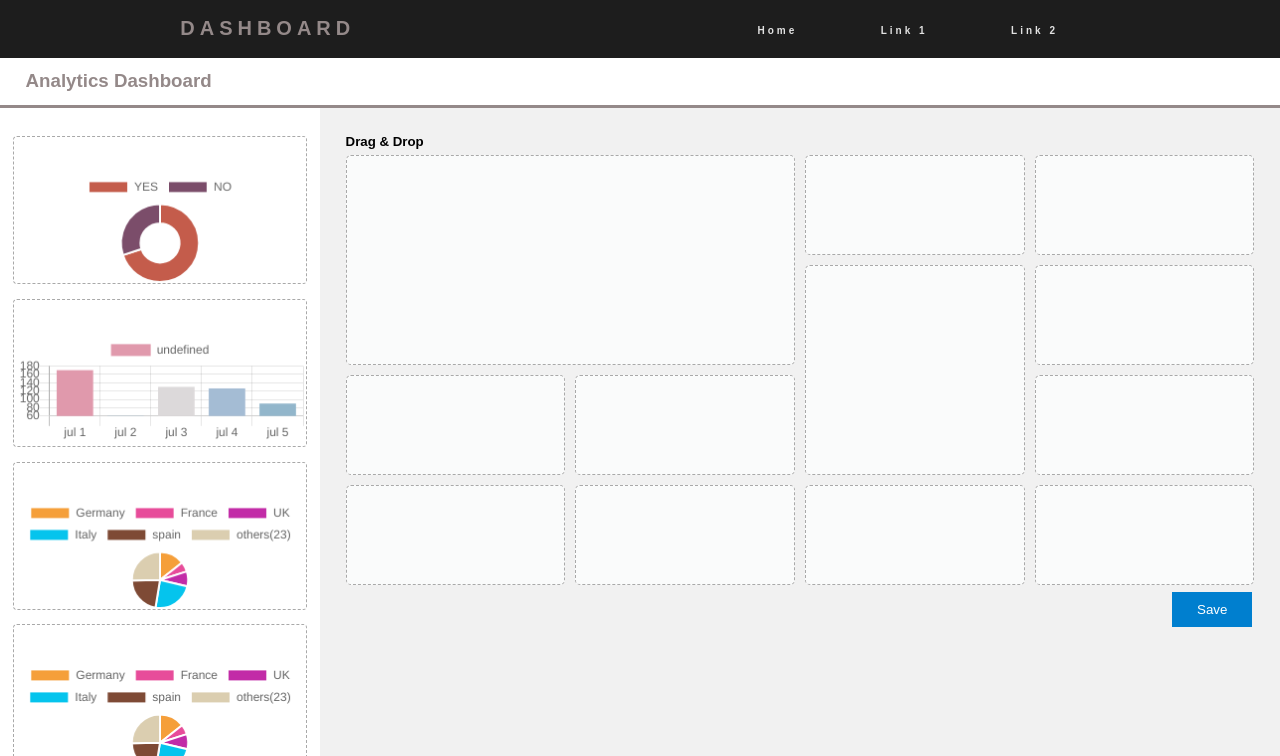
Repository: nourabdelhakam/drag-drop
Page: index.html
These files come from the project's save history. The page is drawn as it stood at one moment and after the next save; the edit follows.
The browser window is 1280 px wide. The pictures show the whole page.
Some web libraries are served in a nearby version.

Above is the page before, as saved 2020-07-05 21:13:43.

### index.html
<!DOCTYPE html>
<html lang="en">
<head>
    <meta charset="UTF-8">
    <meta name="viewport" content="width=device-width, initial-scale=1.0">
    <meta http-equiv="X-UA-Compatible" content="ie=edge">
    <title>Drag & Drop</title>

    <script src="https://cdn.jsdelivr.net/npm/chart.js@2.8.0"></script>

    <link rel="stylesheet" href="nav/nav.css">
    <link rel="stylesheet" href="css/main.css">
</head>
<body>

    <!-- <nav> -->
        <nav>
            <div class="logo">
                <h4>Dashboard</h4>
            </div>
            <ul class="nav-links">
                <li><a href="">Home</a></li>
                <li><a href="">Link 1</a></li>
                <li><a href="">Link 2</a></li>
            </ul>
            <div class="burger">
                <div class="line1"></div>
                <div class="line2"></div>
                <div class="line3"></div>
            </div>
        </nav>
      <!-- </nav> end of nav -->

      <section>
          <h3>Analytics Dashboard</h3>
          <div class="container">
            <div class="left">
                <div class="list" id="chartList">

                </div>
              </div>
              <div class="right">
                  <h5>Drag & Drop</h5>
                  <div class="wrapper" id="wrapper">
                    <div class="list" id="spot-1"></div>
                    <div class="list" id="spot-2"></div>
                    <div class="list" id="spot-3"></div>
                    <div class="list" id="spot-4"></div>
                    <div class="list" id="spot-5"></div>
                    <div class="list" id="spot-6"></div>
                    <div class="list" id="spot-7"></div>
                    <div class="list" id="spot-8"></div>
                    <div class="list" id="spot-9"></div>
                    <div class="list" id="spot-10"></div>
                    <div class="list" id="spot-11"></div>
                    <div class="list" id="spot-12"></div>
                  </div>
                  <button class="btn" id="saveBtn">Save</button>
                  <button class="btn"  id="tempBtn"  style="display: none;">Template</button>
              </div>
              <div id="preview" class="wrapper">

              </div>
          </div>
      </section>

      <script  src="chartData.js"></script>
      <script src="chart.js" type="text/javascript"></script>

    <script src="main.js" type="text/javascript"></script>
    <script src="nav/nav.js" type="text/javascript"></script>
</body>
</html>

### nav/nav.css
nav {
    display: flex;
    justify-content: space-around;
    align-items: center;
    min-height: 8vh;
    background-color: #1D1D1D;
    font-family: "Poppins", sans-serif;
}
.logo {
    color: rgb(226, 226, 226);
    text-transform: uppercase;
    letter-spacing: 5px;
    font-size: 20px;
}
.nav-links {
    display: flex;
    justify-content: space-around;
    width: 30%;
}
.nav-links li {
    list-style: none;
}
.nav-links a {
    color: rgb(226, 226, 226);
    text-decoration: none;
    letter-spacing: 3px;
    font-weight: bold;
    font-size: 10px;
}
.burger {
    display: none;
    cursor: pointer;
}
.burger div {
    width: 25px;
    height: 3px;
    background-color: rgb(226, 226, 226);
    margin: 5px;
    transition: all 0.3s ease;
}


@media screen and (max-width:1024px) {
    .nav-links {
        width: 60%;
    }
}

@media screen and (max-width:768px) {

    body {
        overflow-x: hidden;
    }
    .nav-links {
        position: absolute;
        right: 0px;
        height: 92vh;
        top: 8vh;
        background-color: #1D1D1D;
        display: flex;
        flex-direction: column;
        align-items: center;
        width: 50%;
        transform: translatex(100%);
        transition: transform 0.5s ease-in;
    }
    .nav-links li {
        opacity: 0;
    }
    .burger {
        display: block;
    }
}

.nav-active {
    transform: translatex(0%);
}

@keyframes navLinkFade {
    from {
        opacity: 0;
        transform: translatex(50%);
    }
    to {
        opacity: 1;
        transform: translatex(0%);
    }
}

.toggle .line1 {
    transform: rotate(-45deg) translate(-5px, 6px);
}
.toggle .line2 {
    opacity: 0;
}
.toggle .line3 {
    transform: rotate(45deg) translate(-5px, -6px);
}

.landing {
    height: 90vh;
    display: flex;
    justify-content: center;
    align-items: center;
}
.landing h1 {
    margin: 100px;
    font-size: 50px;
    color: #ae5fce;
}

### css/main.css
* {
    margin: 0;
    padding: 0;
    box-sizing: border-box;
}
body {
    font-family: Arial, Helvetica, sans-serif;
}
h3, h4, a {
    color: rgb(148, 137, 137);
}
h3 {
    padding: 1% 2%;
}
h5 {
    margin-bottom: .5em;
}
.container {
    border-top: 3px solid rgb(148, 137, 137);
}
.left {
    width: 25%;
    height: 90vh;
    float: left;
    padding: 1%;
    overflow:hidden;
    overflow-y:scroll;
}
.right {
    width: 75%;
    height: 90vh;
    float: left;
    padding: 2%;
    background-color: #F1F1F1;
}

.list-item {
    /* background-color: #F3F3F3; */
    border-radius: 4px;
    border: 1px dashed darkgrey;
    /* padding: 5px 5px;  */
    text-align: center;

    height: 100%;
    width: 100%;
    cursor: pointer;
}
canvas {
    height: 100%;
    width: 100%;
    margin: 5% 0;
}

.wrapper > div {
    border: 1px dashed darkgrey;
    border-radius: 5px;
    background-color: #FAFBFB;
    /* resize: both;
    overflow: auto; */
}
.wrapper {
  display: grid;
  grid-template-columns: repeat(4, 1fr);
  grid-auto-rows: 100px;
  grid-gap: 10px;
}
 .wrapper div:nth-child(2) {
   grid-column: 3;
   grid-row: 2 / 4;
}
 .wrapper div:nth-child(5) {
   grid-column: 1 / 3;
   grid-row: 1 / 3;
}
/* .plus-button {
	border: 2px solid lightgrey;
	background-color: #fff;
	font-size: 16px;
	height: 2.5em;
	width: 2.5em;
	border-radius: 999px;
    position: relative;

}

.plus-button:after,
.plus-button:before {
		content: "";
		display: block;
		background-color: grey;
		position: absolute;
		top: 50%;
		left: 50%;
        transform: translate(-50%, -50%);

	}

	.plus-button:before {
		height: 1em;
		width: 0.2em;
	}

	.plus-button:after {
		height: 0.2em;
		width: 1em;
	}


.plus-button--small {
	font-size: 12px;
} */
.btn {
    background-color: #007FCF;
    border: none;
    color: white;
    padding: 10px 25px;
    text-align: center;
    text-decoration: none;
    display: inline-block;
    margin: 7px 2px;
    cursor: pointer;
    float: right;

}

### chartData.js
 chartData={
    chart1 : {
        id: 1,
        data : [70, 30],
        colors : ['#C45C4B', '#7B4D6A'],
        labels : ['YES', 'NO'],
        type : 'doughnut'
    },
    chart2 : {
        id: 2,
        labels : ['jul 1', 'jul 2', 'jul 3', 'jul 4', 'jul 5'],
        data : [170, 60.5, 130, 126.3, 90],
        colors : ['#E099AC', '#A4BCD3', '#DCD9DA', '#A4BCD4', '#92B6CB'],
        type: 'bar'
    },
    chart3 : {
        id: 3,
        labels : ['Germany', 'France', 'UK', 'Italy', 'spain', 'others(23)'],
        data : [50, 20, 30, 83, 77, 88],
        colors : ['#F59F3A', '#E74C9A', '#C22BA7', '#05C4ED', '#7e4a35', '#dbceb0'],
        type: 'pie'
    },
    chart4 : {
        id: 4,
        labels : ['Germany', 'France', 'UK', 'Italy', 'spain', 'others(23)'],
        data : [50, 20, 30, 83, 77, 88],
        colors : ['#F59F3A', '#E74C9A', '#C22BA7', '#05C4ED', '#7e4a35', '#dbceb0'],
        type: 'pie'
    },

}

exports = chartData

### chart.js
function draw(pos, chart, type) {
  var el = document.getElementById(pos);
  console.log(chart);

  var canvas = document.createElement("canvas");
  canvas.className = "list-item";
  canvas.setAttribute("draggable", "true");
  canvas.setAttribute("data-chart", JSON.stringify(chart));

  canvas.id = type + chart.id+'-'+pos;
  el.appendChild(canvas);
  console.log(canvas);
  c = document.getElementById(type + chart.id+'-'+pos).getContext("2d");
  new Chart(c, {
    type: chart.type,
    data: {
      labels: chart.labels,
      datasets: [
        {
          data: chart.data,
          backgroundColor: chart.colors,
        },
      ],
    },
    options: {
      title: {
        Text: "Do you like doughnuts?",
        display: true,
      },
    },
  });
}

exports = draw;

// let myChart1 = document.getElementById("myChart").getContext('2d');
let chartWrapper = document.getElementById("chartList");
console.log(chartWrapper);

for (let chart in chartData) {
  console.log(chartWrapper);

  draw(chartWrapper.id, chartData[chart],'chatLib-');
}


// let labels3 = ['Running', 'Cycling', 'Sleeping', 'Designing', 'Drinking'];

// let myChart3 = document.getElementById("myChart3").getContext('2d');

// let chart3 = new Chart(myChart3, {
//     type: 'radar',
//     data: {
//         labels: labels3,
//         datasets: [
//             {
//                 label: 'champ 1',
//                 fill: true,
//                 backgroundColor: "rgba(179, 181, 198, 0,2)",
//                 borderColor: "rgba(179, 181, 198, 1)",
//                 pointBorderColor: "#fff",
//                 pointBackgroundColor: "rgba(179, 181, 198, 1)",
//                 data: [50, 12, 55, 7, 29]
//             },
//             {
//                 label: 'champ 2',
//                 fill: true,
//                 backgroundColor: "rgba(355, 99, 132, 0,2)",
//                 borderColor: "rgba(355, 99, 132, 1)",
//                 pointBorderColor: "#fff",
//                 pointBackgroundColor: "rgba(355, 99, 132, 1)",
//                 data: [33, 14, 58, 9, 99]
//             },
//         ]
//     },
//     options: {
//         title: {
//             Text: "Skills",
//             display: true
//         }
//     }
// });



// '#E099AC', '#A4BCD3', '#DCD9DA', '#A4BCD4', '#92B6CB'
// let labels4 = ['jan', 'feb', 'mar', 'apr', 'may', 'jun'];

// let myChart4 = document.getElementById("myChart4").getContext('2d');
// let chart4 = new Chart(myChart4, {
//     type: 'line',
//     data: {
//         labels: labels4,
//         datasets: [
//             {
//                 label: "My First dataset",
//                 fillColor: "rgba(220,220,220,0.2)",
//                 strokeColor: "#C45C4B",
//                 pointColor: "#C45C4B",
//                 pointStrokeColor: "#C45C4B",
//                 pointHighlightFill: "#C45C4Bss",
//                 pointHighlightStroke: "rgba(220,220,220,1)",
//                 data: [65, 59, 80, 81, 16, 55, 40]
//             },
//             {
//                 label: "My Second dataset",
//                 fillColor: "rgba(151,187,205,0.2)",
//                 strokeColor: "rgba(151,187,205,1)",
//                 pointColor: "#EA8971",
//                 pointStrokeColor: "#fff",
//                 pointHighlightFill: "#fff",
//                 pointHighlightStroke: "rgba(151,187,205,1)",
//                 data: [28, 48, 40, 19, 86, 27, 90]
//             }
//         ]
//     },
//     options: {
//         scales: {
//             yAxes: [{
//                 stacked: true
//             }]
//         }
//     }
// });

### main.js
const list_items = document.querySelectorAll(".list-item");
const lists = document.querySelectorAll(".list");
var cantAccess = false;
// //localStorage
var wrapper = document.getElementById('wrapper');
const saveBtn = document.getElementById("saveBtn");
const tempPreview = document.getElementById('tempPreview');
const tempBtn =  document.getElementById('tempBtn');
const previewDiv = document.getElementById('preview');
var dragged = null;
var draggedData= null;
var templateList=[];
(function() {
	var temp = JSON.parse(localStorage.getItem('template'));
	if(temp!= null){
		templateList = temp;

		for( chart in templateList){
			draw(templateList[chart].pos,templateList[chart].data,'chartTemplate-')
		}


	}

 })();
saveBtn.addEventListener("click", function () {
  var template = localStorage.getItem("template");
  console.log(template);

  if (template)
    var c = confirm("There is a saved template, Do you want to overwrite it?");


  if (c == true || !template) {

	let itemsArray = JSON.stringify(templateList);
	localStorage.setItem("template", itemsArray);
	tempBtn.style.display = "block"

	// tempPreview.innerHTML = wrapper;
  }
});



 tempBtn.addEventListener('click',function(){
	itemsArray = JSON.parse(localStorage.getItem('template'));
	previewDiv.innerHTML = itemsArray;
})

// tempPreview.addEventListener('click',function(){
// 	itemsArray = JSON.parse(localStorage.getItem('template'));
// 	 wrapper.innerHTML = itemsArray ;
// })

// const data = JSON.parse(localStorage.getItem('items'))
// //localStorage

let draggedItem = null;

for (let i = 0; i < list_items.length; i++) {
  const item = list_items[i];
  console.log(item.id);
  item.addEventListener("dragstart", function () {
    draggedItem = item;
    console.log(cantAccess);
	dragged = item.id;
	draggedData =JSON.parse(item.dataset.chart);

    setTimeout(function () {
	  item.style.display = "none";
	}, 0);
	cantAccess = false
  });

  item.addEventListener("dragend", function () {
    setTimeout(function () {
	  draggedItem.style.display = "block";
    //   draggedItem.style.padding = "0";
    //   draggedItem.style.margin = "0";
    //   draggedItem.style.height = "100%";
    //   draggedItem.style.width = "100%";
      draggedItem = null;
	}, 0);
	cantAccess = false;
  });
}
  for (let j = 0; j < lists.length; j++) {
    const list = lists[j];

    list.addEventListener("dragover", function (e) {
	  e.preventDefault();
	  console.log(e.target.tagName);
	  console.log(cantAccess);

	  if(e.target.tagName == 'CANVAS'){
		  cantAccess = true;
	  }
    });

    list.addEventListener("dragenter", function (e) {
      e.preventDefault();
      this.style.backgroundColor = "#FFFFFF";
    });

    list.addEventListener("dragleave", function (e) {
	  this.style.backgroundColor = "#F9FDFF";
	  console.log(e.target.id	);
	  cantAccess = false;

    });

    list.addEventListener("drop", function (e) {
	  console.log("drop");
	  if(cantAccess)
		return false;
	  i = {
		  id:dragged,
		  pos:e.toElement.id,
		  data: draggedData
	  }
	  var result = templateList.filter(obj => {
		return obj.pos === e.toElement.id
	  })
	  console.log(e.toElement.id);

	  console.log('templateList:'+result);
	  setTimeout(function(){
	  if (result.length == 0){
		  console.log('empty');
		  console.log(i);

		  templateList.push(i);
		  console.log('templalist: '+templateList);
		draw(e.toElement.id,draggedData,'chartTemplate-')

		}},100);

		cantAccess = false
    //   this.append(draggedItem);
	  this.style.backgroundColor = "#FFFFFF";
    });
  }

### nav/nav.js
const navSlide = () => {
    const burger = document.querySelector('.burger');
    const nav = document.querySelector('.nav-links');
    const navLinks = document.querySelectorAll('.nav-links li');


    burger.addEventListener('click', () => {

        //Toggle Nav
        nav.classList.toggle('nav-active');

        //Animate Links
        navLinks.forEach((link, index) => {

            if (link.style.animation) {
                link.style.animation = '';
            } else {
                link.style.animation = `navLinkFade 0.5s ease forwards ${index / 7 + 0.3}s`;
            }

        });

        //Burger Animation
        burger.classList.toggle('toggle');
    });

}

navSlide();

After the next save:
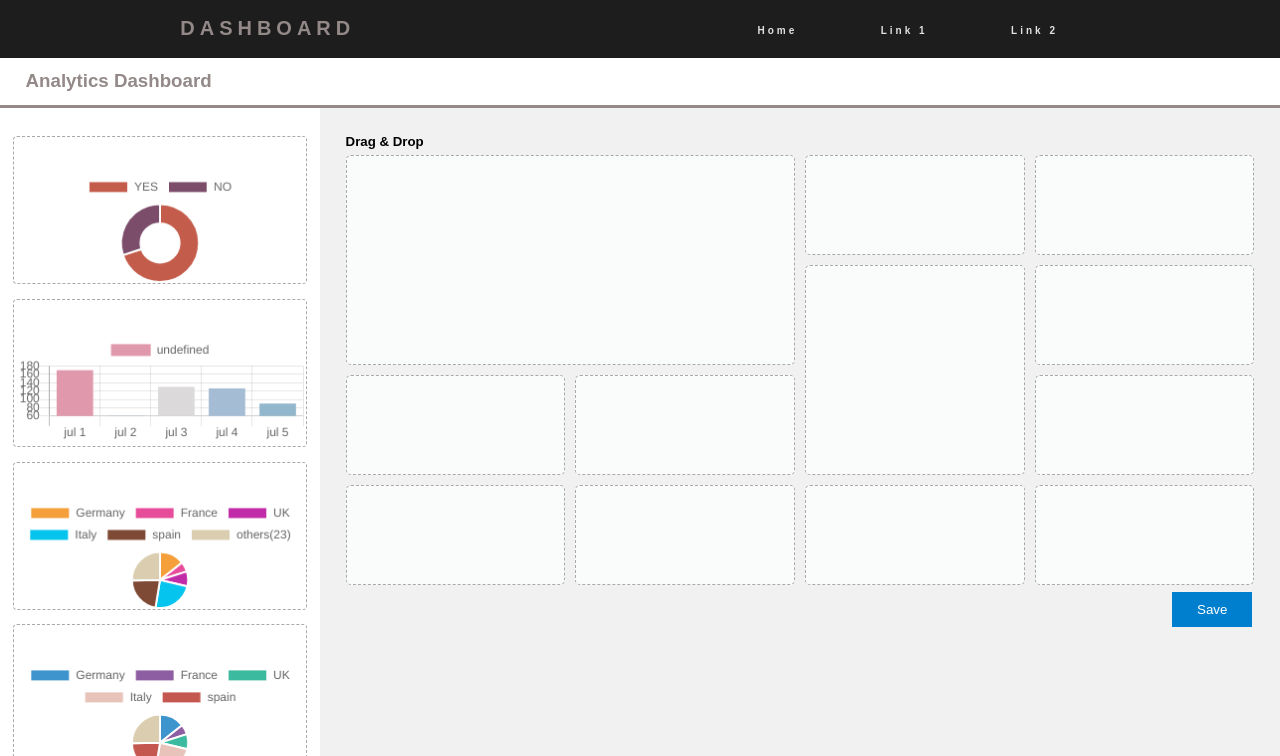
Saved 5 min 5 s later.
--- a/chartData.js
+++ b/chartData.js
@@ -22,9 +22,9 @@
     },
     chart4 : {
         id: 4,
-        labels : ['Germany', 'France', 'UK', 'Italy', 'spain', 'others(23)'],
+        labels : ['Germany', 'France', 'UK', 'Italy', 'spain'],
         data : [50, 20, 30, 83, 77, 88],
-        colors : ['#F59F3A', '#E74C9A', '#C22BA7', '#05C4ED', '#7e4a35', '#dbceb0'],
+        colors : ["#3e95cd", "#8e5ea2","#3cba9f","#e8c3b9","#c45850", "#dbceb0"],
         type: 'pie'
     },
 
